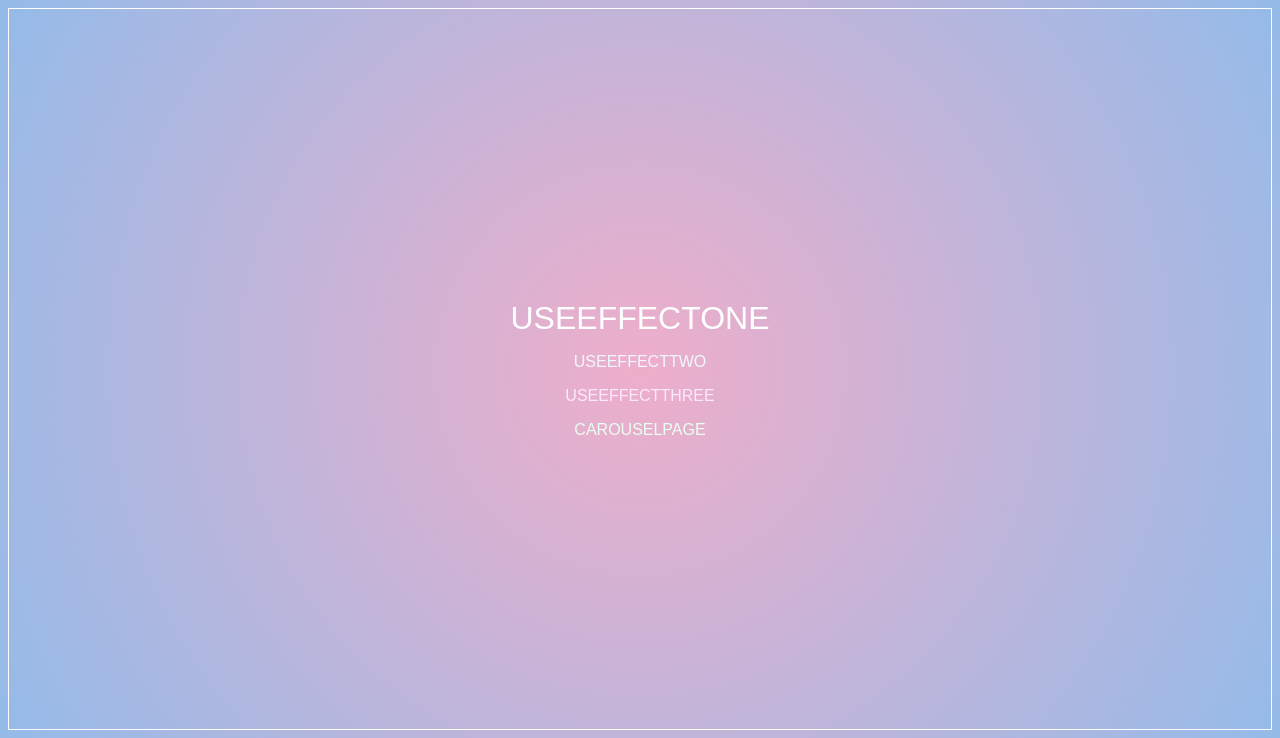
Repository: juliet-jskim/week-8-useEffect-carousel
Page: /
These files come from the project's save history. The page is drawn as it stood at one moment and after the next save; the edit follows.
The browser window is 1280 px wide. The pictures show the whole page.
The project was rebuilt for these pictures with package versions that can differ from the ones it lists, and the page was loaded fresh each time. The framework's server and built-in components were replaced by stand-ins that run in the browser. Also part of the build but not shown: next.config.js.

Above is the page before, as saved 2023-02-20 22:26:11.

After the next save:
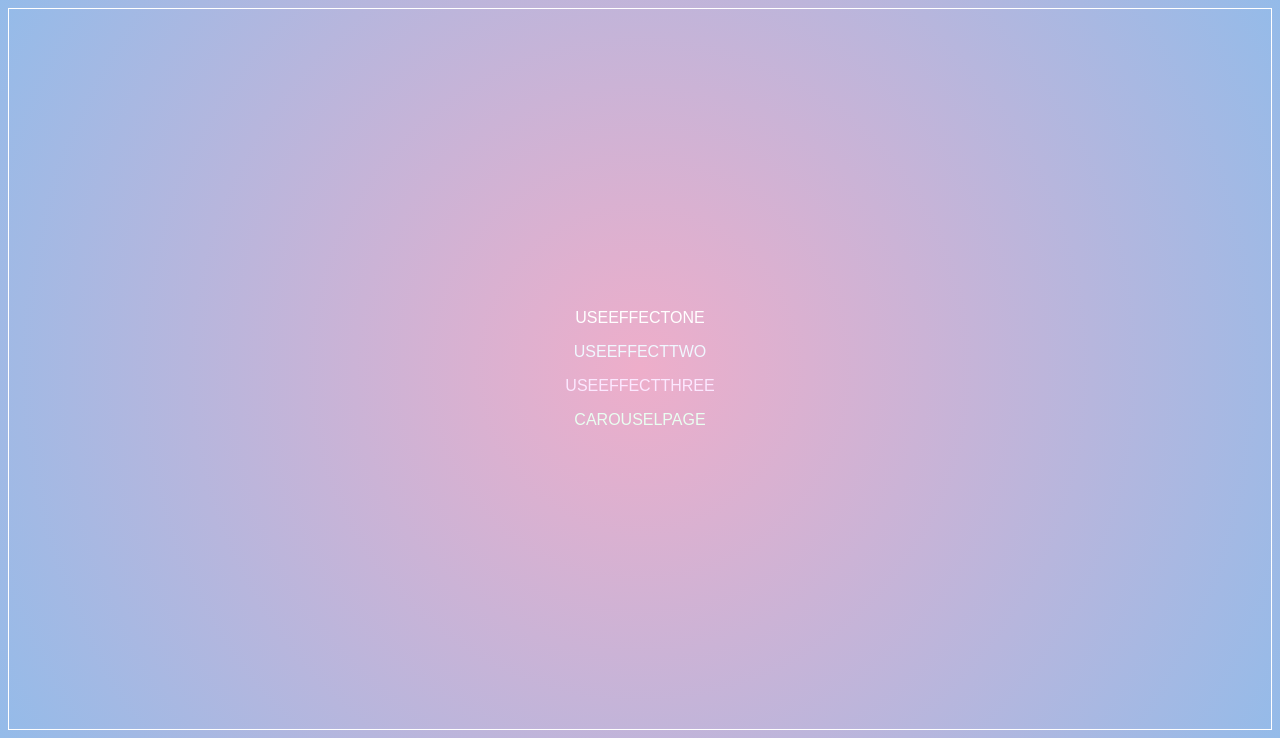
Saved 14 s later.
--- a/styles/Home.module.css
+++ b/styles/Home.module.css
@@ -14,10 +14,10 @@
   font-family: Arial, Helvetica, sans-serif;
   text-transform: uppercase;
   text-decoration: none;
-  font-size: 2rem;
+  font-size: 1rem;
 }
 .link_one:hover{
-font-size: 3rem;
+font-size: 1.4rem;
 opacity: 0.6;
 transition: 0.3s;
 }
